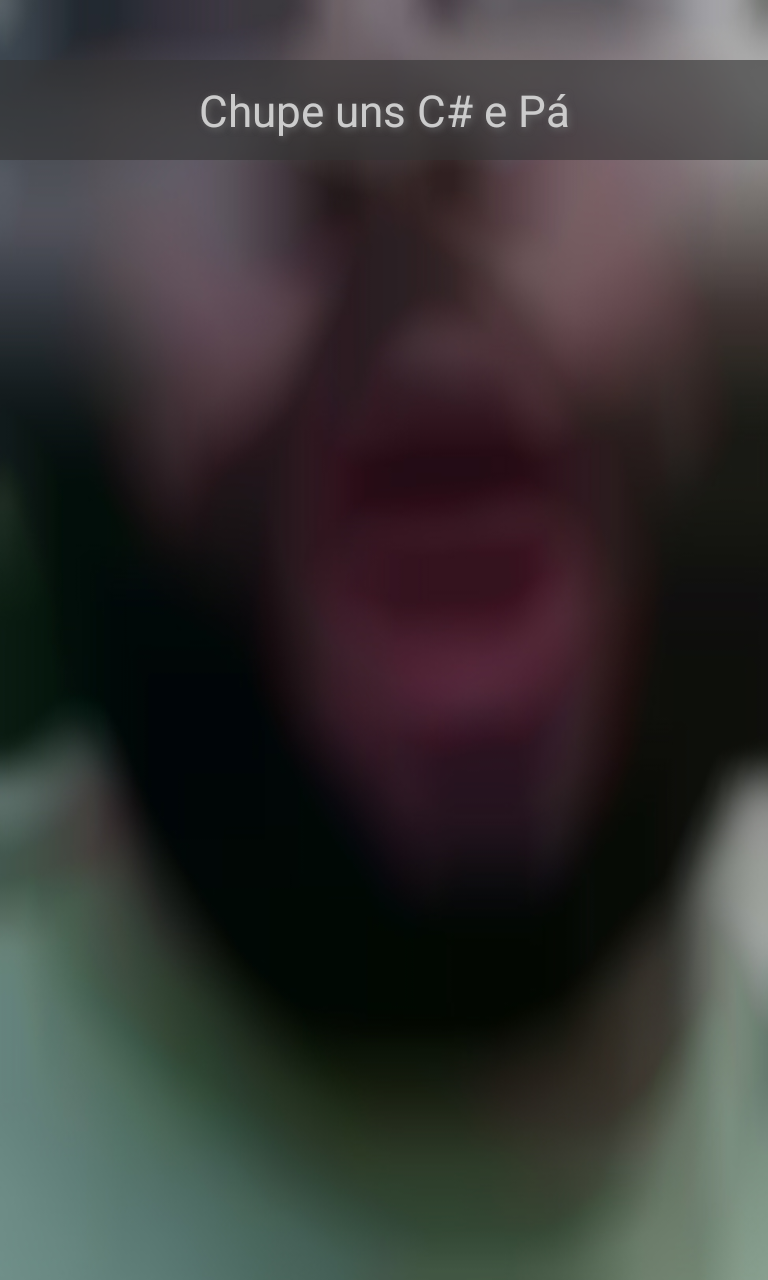
Repository: Cookahn/bioca_sounds
Layout: ChicoBiocaApp/res/layout/remix_activity.xml
The author's editor kept a copy of each file at every save. The layout is drawn from the files as they stood at one save, then again after the next save.
It is drawn on a 768 x 1280 px phone screen (xhdpi) without system bars, with theme AppTheme; the app's code is not run.

Above is the layout before, as saved 2014-08-13 22:17:19.

After the next save:
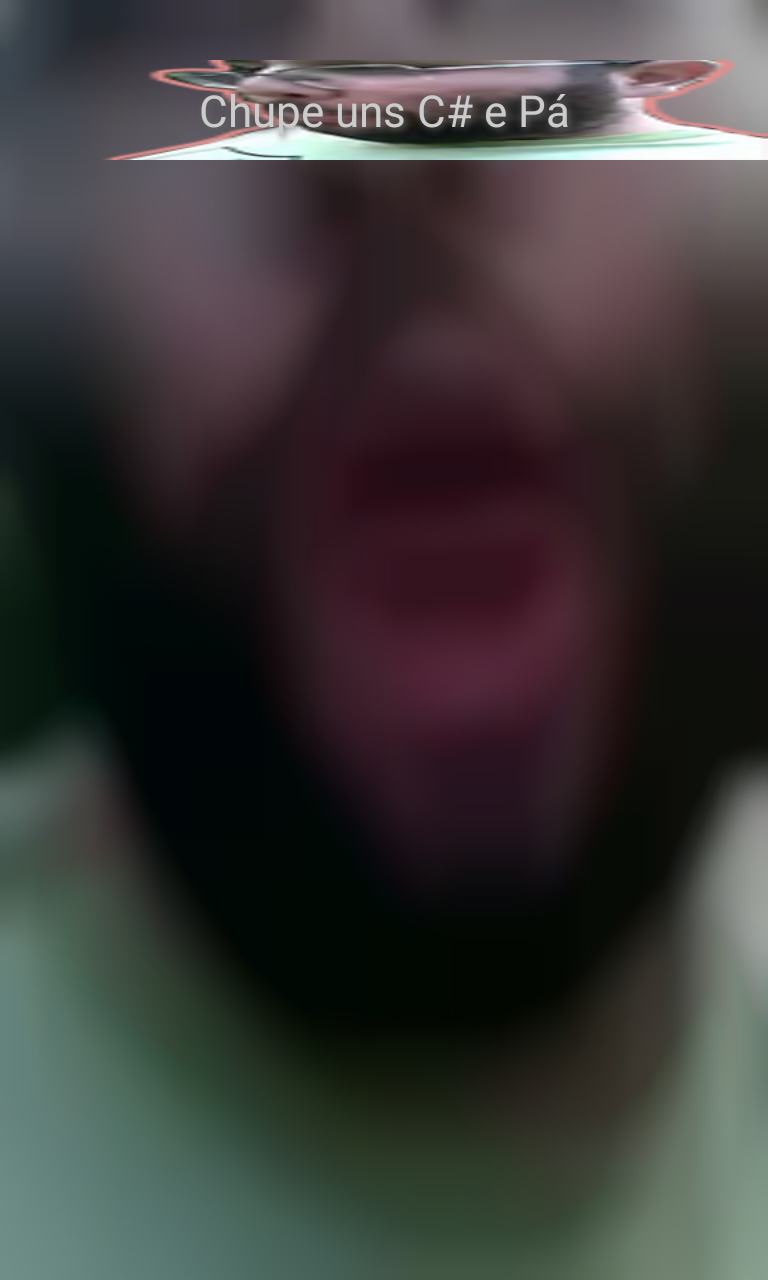
Saved 12 h 47 min later.
--- a/ChicoBiocaApp/res/layout/remix_activity.xml
+++ b/ChicoBiocaApp/res/layout/remix_activity.xml
@@ -17,6 +17,7 @@
         android:background="#99333333"
         android:shadowDy="2"
         android:shadowRadius="6"
+        android:background="@drawable/bioca_side_pink"
         android:text="@string/suck_an_ass_and_pa"
         android:textColor="#ccc"
         android:textSize="22sp" />

After the save that followed:
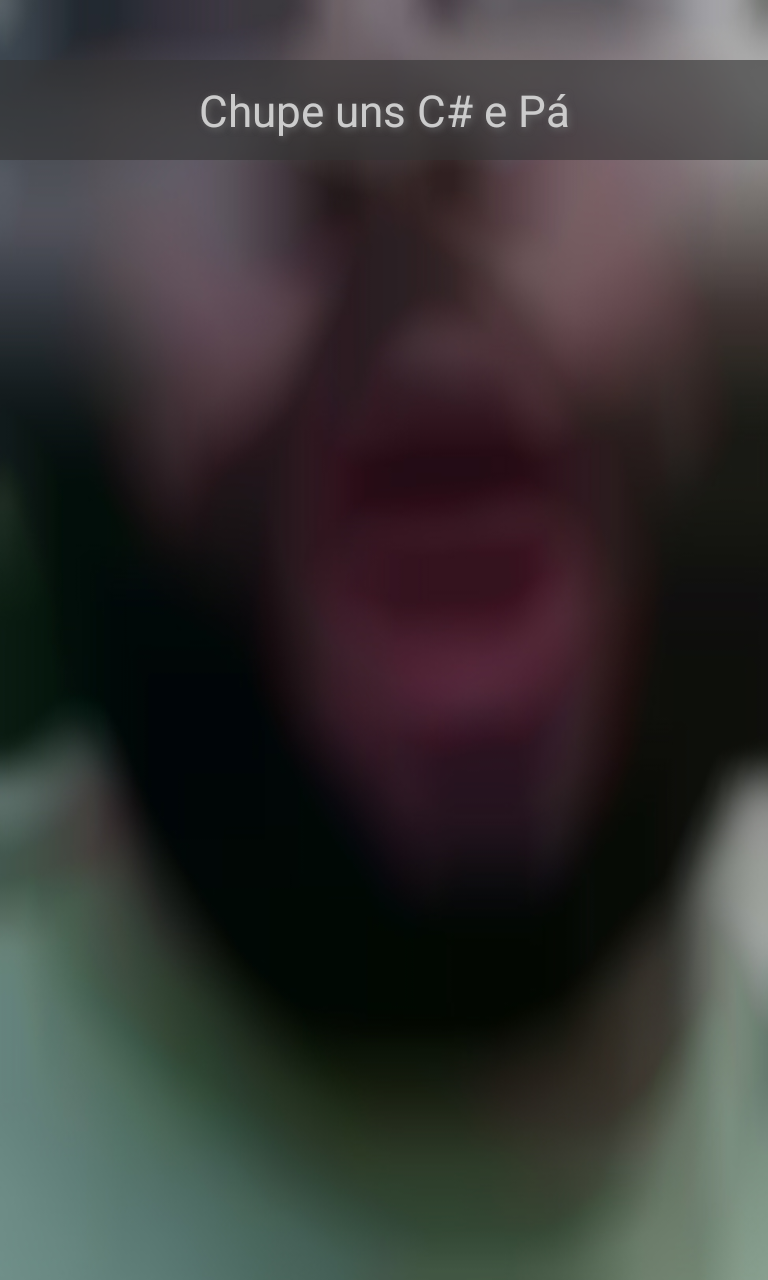
Saved 20 s later.
--- a/ChicoBiocaApp/res/layout/remix_activity.xml
+++ b/ChicoBiocaApp/res/layout/remix_activity.xml
@@ -17,7 +17,6 @@
         android:background="#99333333"
         android:shadowDy="2"
         android:shadowRadius="6"
-        android:background="@drawable/bioca_side_pink"
         android:text="@string/suck_an_ass_and_pa"
         android:textColor="#ccc"
         android:textSize="22sp" />
